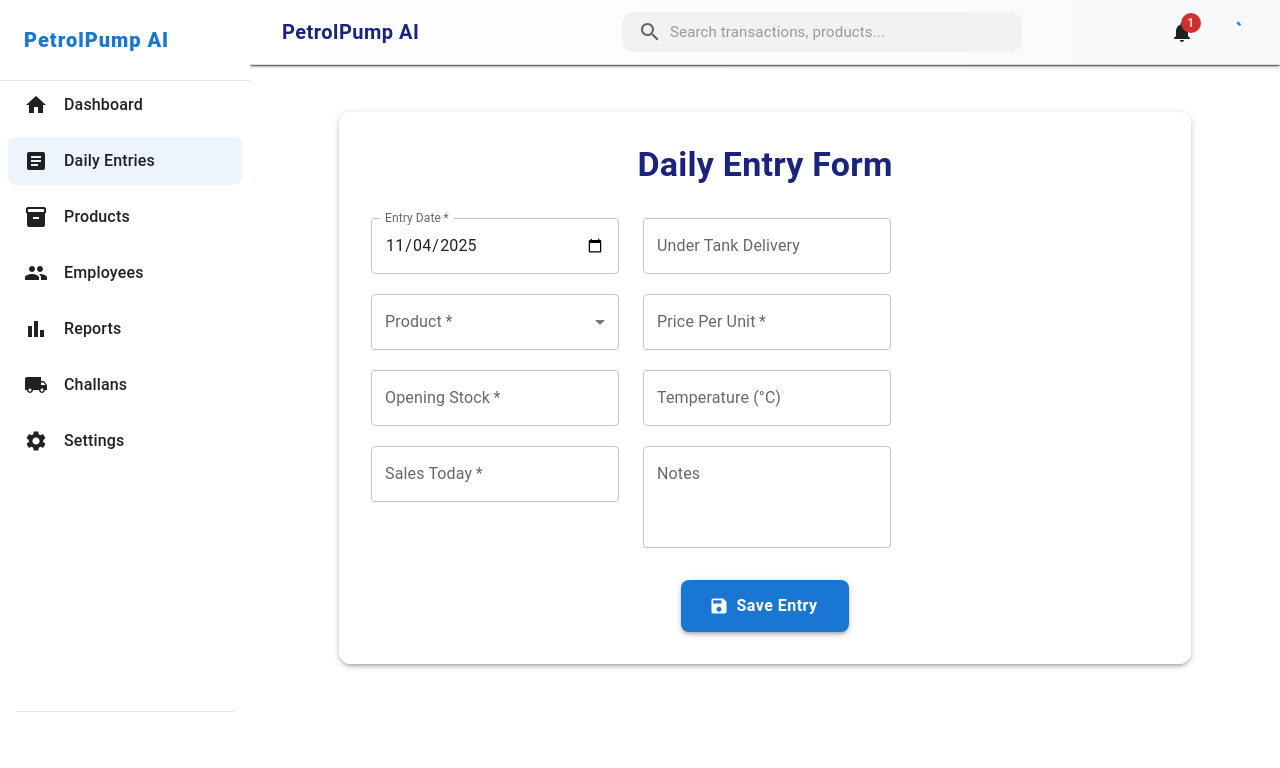
Repository: saquib0509/AI-Enabled-Retail-Management-
Page: /entries (app in frontend/)
An editor plug-in stored every save of this project. The page is shown before and after the next save, followed by the edit.
The browser window is 1280 px wide. The pictures show the whole page.
The page's requests for data from a server got no answer. The project was rebuilt for these pictures with package versions that can differ from the ones it lists, and the page was loaded fresh each time. No one was signed in, and anything a server would have sent is missing. Also part of the build but not shown: frontend/vite.config.ts, frontend/src/pages/Dashboard.tsx, frontend/src/components/EmployeeList.tsx, frontend/src/components/EmployeeForm.tsx, frontend/src/components/EmployeeAttendance.tsx, frontend/src/components/EmployeeSalary.tsx, frontend/src/pages/Employees.tsx, frontend/src/pages/Products.tsx and 10 more.

Above is the page before, as saved 2025-11-08 23:12:27.

### frontend/index.html
<!DOCTYPE html>
<html lang="en">
<head>
  <meta charset="UTF-8">
  <meta name="viewport" content="width=device-width, initial-scale=1.0">
  <title>Petrol Pump Management</title>
  <link rel="stylesheet" href="/src/styles.css">
</head>
<body>
  <div id="root"></div>
  <script type="module" src="/src/main.tsx"></script>
</body>
</html>

### frontend/src/styles.css
/* ===== Global CSS Variables (Design Tokens) ===== */
:root {
  --color-primary: #3763ff;
  --color-primary-hover: #2543c3;
  --color-primary-shadow: #e8f0fe;
  --color-accent: #13c39c;
  --color-bg: #f7f8fa;
  --color-bg-card: #fff;
  --color-bg-navbar: #fff;
  --color-border: #e5e7eb;
  --color-text: #1f2937;
  --color-text-soft: #6b7280;
  --color-text-inverse: #fff;
  --border-radius: 10px;
  --shadow-md: 0 2px 8px 0 rgba(16,30,54,0.06);
  --font-main: 'Inter', 'Segoe UI', Arial, sans-serif;
  --transition: 0.18s cubic-bezier(.4,0,.2,1);
}

@media (prefers-color-scheme: dark) {
  :root {
    --color-bg: #13141a;
    --color-bg-card: #181a20;
    --color-bg-navbar: #191a23;
    --color-primary-shadow: #122056;
    --color-border: #23263a;
    --color-text: #f6f7fa;
    --color-text-soft: #a3adc2;
  }
}

html {
  box-sizing: border-box;
  font-family: var(--font-main);
  font-size: 16px;
  -webkit-font-smoothing: antialiased;
  background: var(--color-bg);
  color: var(--color-text);
}
*, *:before, *:after {
  box-sizing: inherit;
}
body {
  background: var(--color-bg);
  color: var(--color-text);
  min-height: 100vh;
  margin: 0;
  line-height: 1.6;
  transition: background var(--transition), color var(--transition);
  font-size: 1rem;
}

/* Layout */
.container {
  width: 100%;
  max-width: 1200px;
  margin: 0 auto;
  padding: 0 20px;
}

/* Typography */
h1, h2, h3, h4, h5, h6 {
  margin-bottom: 1rem;
  line-height: 1.2;
}

h1 { font-size: 2.5rem; }
h2 { font-size: 2rem; }
h3 { font-size: 1.75rem; }
h4 { font-size: 1.5rem; }
h5 { font-size: 1.25rem; }
h6 { font-size: 1rem; }

p {
  margin-bottom: 1rem;
}

a {
  color: #1976d2;
  text-decoration: none;
}

a:hover {
  text-decoration: underline;
}

/* Buttons */
button, .btn {
  display: inline-block;
  background: #1976d2;
  color: white;
  border: none;
  padding: 0.5rem 1rem;
  border-radius: 4px;
  cursor: pointer;
  font-size: 1rem;
  transition: background-color 0.3s;
}

button:hover, .btn:hover {
  background: #1565c0;
}

/* Forms */
input, select, textarea {
  width: 100%;
  padding: 0.5rem;
  margin-bottom: 1rem;
  border: 1px solid #ddd;
  border-radius: 4px;
  font-size: 1rem;
}

label {
  display: block;
  margin-bottom: 0.5rem;
  font-weight: 500;
}

/* Utility classes */
.mt-1 { margin-top: 0.5rem; }
.mt-2 { margin-top: 1rem; }
.mt-3 { margin-top: 1.5rem; }
.mt-4 { margin-top: 2rem; }

.mb-1 { margin-bottom: 0.5rem; }
.mb-2 { margin-bottom: 1rem; }
.mb-3 { margin-bottom: 1.5rem; }
.mb-4 { margin-bottom: 2rem; }

.text-center { text-align: center; }
.text-right { text-align: right; }

/* Responsive */
@media (max-width: 768px) {
  .container {
    padding: 0 15px;
  }

  h1 { font-size: 2rem; }
  h2 { font-size: 1.75rem; }
  h3 { font-size: 1.5rem; }
}

/* Utility classes */
.responsive-grid {
  display: grid;
  gap: 1.4rem;
  grid-template-columns: 1fr;
}
@media (min-width: 600px) {
  .responsive-grid {
    grid-template-columns: 1fr 1fr;
  }
}
@media (min-width: 980px) {
  .responsive-grid {
    grid-template-columns: 1fr 1fr 1fr;
  }
}

/* Modern Card Form Styles */
.modern-card-form {
  background: var(--color-bg-card);
  box-shadow: var(--shadow-md);
  border-radius: var(--border-radius);
  padding: 2rem 2rem 1.7rem 2rem;
  display: flex;
  flex-direction: column;
  gap: 1.2rem;
  width: 100%;
  max-width: 380px;
  margin: 1.7rem auto 0 auto;
  border: 1px solid var(--color-border);
}
.modern-card-form label {
  text-align: left;
  font-size: 1rem;
  font-weight: 500;
  color: var(--color-text);
  letter-spacing: 0.01em;
}
.modern-card-form input,
.modern-card-form select,
.modern-card-form textarea {
  margin-top: 0.32rem;
  padding: 0.55rem 0.8rem;
  border: 1px solid var(--color-border);
  border-radius: var(--border-radius);
  background: var(--color-bg);
  color: var(--color-text);
  font-size: 1rem;
  transition: border-color var(--transition), background var(--transition), color var(--transition);
}
.modern-card-form input:focus,
.modern-card-form select:focus,
.modern-card-form textarea:focus {
  border-color: var(--color-primary);
  outline: none;
  background: var(--color-primary-shadow);
}
.modern-card-form button[type=submit] {
  margin-top: 0.66rem;
}

### frontend/src/main.tsx
import { StrictMode } from 'react';
import { createRoot } from 'react-dom/client';
import { BrowserRouter } from 'react-router-dom';
import { AppProvider } from './context/AppContext';
import App from './App';
import './styles.css';

// Initialize the application
const container = document.getElementById('root');

if (!container) {
  throw new Error("Failed to find the root element");
}

const root = createRoot(container);

root.render(
  <StrictMode>
    <BrowserRouter>
      <AppProvider>
        <App />
      </AppProvider>
    </BrowserRouter>
  </StrictMode>
);

### frontend/src/App.tsx
import { Routes, Route } from 'react-router-dom';
import Layout from './components/layout/Layout';
import Dashboard from './pages/Dashboard';
import DailyEntryForm from './components/DailyEntryForm';
import Employees from "./pages/Employees";
import Products from "./pages/Products";
import Settings from "./pages/Settings";
import Challans from "./pages/Challans";
import Reports from "./pages/Reports";



const App = () => {
  return (
    <div className="app-container">
      <Routes>
        <Route path="/" element={<Layout />}>
          <Route index element={<Dashboard />} />
          <Route path="entries" element={<DailyEntryForm />} />
          <Route path="products" element={<Products />} />
          <Route path="employees" element={<Employees />} />
          <Route path="reports" element={<Reports />} />
          <Route path="settings" element={<Settings />} />
          <Route path="challans" element={<Challans />} />
        </Route>
      </Routes>
    </div>
  );
};

export default App;

### frontend/src/components/layout/Layout.tsx
import { useState } from 'react';
import { Outlet } from 'react-router-dom';
import { Box, CssBaseline, AppBar, Toolbar, useTheme, useMediaQuery } from '@mui/material';
import Sidebar from './Sidebar';
import Navbar from './Navbar';

const drawerWidth = 250;

export default function Layout() {
  const [mobileOpen, setMobileOpen] = useState(false);
  const theme = useTheme();
  const isDesktop = useMediaQuery(theme.breakpoints.up('md'));

  const handleDrawerToggle = () => {
    setMobileOpen(!mobileOpen);
  };

  return (
    <Box sx={{ display: 'flex', minHeight: '100vh', bgcolor: 'background.default', color: 'text.primary' }}>
      <CssBaseline />
      {/* AppBar */}
      <AppBar
        position="fixed"
        sx={{
          width: { md: `calc(100% - ${drawerWidth}px)` },
          ml: { md: `${drawerWidth}px` },
          bgcolor: 'background.paper',
          color: 'text.primary',
          boxShadow: 2
        }}
        elevation={isDesktop ? 1 : 4}
      >
        <Toolbar variant="dense" disableGutters>
          <Navbar onMenuClick={handleDrawerToggle} />
        </Toolbar>
      </AppBar>
      {/* Drawer/Sidebar */}
      <Sidebar
        variant={isDesktop ? 'permanent' : 'temporary'}
        open={isDesktop ? true : mobileOpen}
        onClose={handleDrawerToggle}
        drawerWidth={drawerWidth}
      />
      {/* Main Content */}
      <Box
        component="main"
        sx={{
          flexGrow: 1,
          p: { xs: 2, sm: 3, md: 4 },
          width: { xs: '100%', md: `calc(100% - ${drawerWidth}px)` },
          mt: 6,
          minHeight: '100vh',
        }}
      >
        <Outlet />
      </Box>
    </Box>
  );
}

### frontend/src/components/DailyEntryForm.tsx
import React, { useState, useEffect, ChangeEvent, FormEvent } from "react";
import {
  Box,
  TextField,
  Select,
  MenuItem,
  Button,
  Typography,
  Paper,
  InputLabel,
  FormControl,
  Grid,
  Container,
} from "@mui/material";
import SaveIcon from "@mui/icons-material/Save";
import api from "../services/api";

interface Product {
  id: number;
  name: string;
  unit: string;
}

interface DailyEntryData {
  entryDate: string;
  productId: number | "";
  openingStock: number | "";
  salesToday: number | "";
  underTankDelivery: number | "";
  pricePerUnit: number | "";
  temperature: number | "";
  notes: string;
}

const DailyEntryForm: React.FC = () => {
  const [products, setProducts] = useState<Product[]>([]);
  const [loading, setLoading] = useState(false);
  const [formData, setFormData] = useState<DailyEntryData>({
    entryDate: new Date().toISOString().slice(0, 10),
    productId: "",
    openingStock: "",
    salesToday: "",
    underTankDelivery: "",
    pricePerUnit: "",
    temperature: "",
    notes: "",
  });

  useEffect(() => {
    api
      .get<Product[]>("/products")
      .then((res) => setProducts(res.data))
      .catch(() => alert("Could not fetch products"));
  }, []);

  const handleChange = (
    e: ChangeEvent<HTMLInputElement | HTMLTextAreaElement | { name?: string; value: unknown }>
  ) => {
    const { name, value } = e.target;
    if (!name) return;
    setFormData((prev) => ({
      ...prev,
      [name]:
        name === "productId" && value !== ""
          ? Number(value)
          : ["openingStock", "salesToday", "underTankDelivery", "pricePerUnit", "temperature"].includes(name) &&
            value !== ""
          ? Number(value)
          : value,
    }));
  };

  const handleSubmit = (e: FormEvent) => {
    e.preventDefault();
    setLoading(true);
    api
      .post("/daily-entries", formData)
      .then(() => {
        alert("✓ Entry saved successfully!");
        setFormData({
          entryDate: new Date().toISOString().slice(0, 10),
          productId: "",
          openingStock: "",
          salesToday: "",
          underTankDelivery: "",
          pricePerUnit: "",
          temperature: "",
          notes: "",
        });
      })
      .catch((err) =>
        alert("Failed: " + (err.response?.data?.error || err.message))
      )
      .finally(() => setLoading(false));
  };

  return (
    <Container maxWidth="md" sx={{ py: 4 }}>
      <Paper
        elevation={3}
        sx={{
          p: 4,
          borderRadius: 3,
          background: "linear-gradient(135deg,rgb(255, 255, 255) 0%,rgb(255, 255, 255) 100%)",
        }}
      >
        <Typography
          variant="h4"
          align="center"
          gutterBottom
          sx={{ fontWeight: 700, color: "#1a237e", mb: 4 }}
        >
          Daily Entry Form
        </Typography>

        <Box
          component="form"
          onSubmit={handleSubmit}
        >
          {/* Grid Layout - 2 Columns */}
          <Grid container spacing={3}>
            {/* Column 1 - Left Side */}
            <Grid item xs={12} sm={6}>
              <Box sx={{ display: "flex", flexDirection: "column", gap: 2.5 }}>
                {/* Entry Date */}
                <TextField
                  fullWidth
                  label="Entry Date"
                  type="date"
                  name="entryDate"
                  value={formData.entryDate}
                  onChange={handleChange}
                  InputLabelProps={{ shrink: true }}
                  required
                  variant="outlined"
                />

                {/* Product */}
                <FormControl fullWidth required>
                  <InputLabel>Product</InputLabel>
                  <Select
                    name="productId"
                    value={formData.productId}
                    label="Product"
                    onChange={handleChange}
                  >
                    <MenuItem value="">Select Product</MenuItem>
                    {products.map((p) => (
                      <MenuItem key={p.id} value={p.id}>
                        {p.name} ({p.unit})
                      </MenuItem>
                    ))}
                  </Select>
                </FormControl>

                {/* Opening Stock */}
                <TextField
                  fullWidth
                  label="Opening Stock"
                  name="openingStock"
                  type="number"
                  value={formData.openingStock}
                  onChange={handleChange}
                  required
                  variant="outlined"
                />

                {/* Sales Today */}
                <TextField
                  fullWidth
                  label="Sales Today"
                  name="salesToday"
                  type="number"
                  value={formData.salesToday}
                  onChange={handleChange}
                  required
                  variant="outlined"
                />
              </Box>
            </Grid>

            {/* Column 2 - Right Side */}
            <Grid item xs={12} sm={6}>
              <Box sx={{ display: "flex", flexDirection: "column", gap: 2.5 }}>
                {/* Under Tank Delivery */}
                <TextField
                  fullWidth
                  label="Under Tank Delivery"
                  name="underTankDelivery"
                  type="number"
                  value={formData.underTankDelivery}
                  onChange={handleChange}
                  variant="outlined"
                />

                {/* Price Per Unit */}
                <TextField
                  fullWidth
                  label="Price Per Unit"
                  name="pricePerUnit"
                  type="number"
                  value={formData.pricePerUnit}
                  onChange={handleChange}
                  required
                  variant="outlined"
                />

                {/* Temperature */}
                <TextField
                  fullWidth
                  label="Temperature (°C)"
                  name="temperature"
                  type="number"
                  value={formData.temperature}
                  onChange={handleChange}
                  variant="outlined"
                />

                {/* Notes */}
                <TextField
                  fullWidth
                  label="Notes"
                  name="notes"
                  multiline
                  rows={3}
                  value={formData.notes}
                  onChange={handleChange}
                  variant="outlined"
                  placeholder="Add any additional notes..."
                />
              </Box>
            </Grid>
          </Grid>

          {/* Submit Button */}
          <Box sx={{ display: "flex", justifyContent: "center", mt: 4 }}>
            <Button
              type="submit"
              variant="contained"
              color="primary"
              startIcon={<SaveIcon />}
              disabled={loading}
              sx={{
                px: 4,
                py: 1.5,
                fontWeight: 600,
                borderRadius: 2,
                textTransform: "none",
                fontSize: "1rem",
                boxShadow: 3,
                "&:hover": {
                  boxShadow: 6,
                },
              }}
            >
              {loading ? "Saving..." : " Save Entry"}
            </Button>
          </Box>
        </Box>
      </Paper>
    </Container>
  );
};

export default DailyEntryForm;

### frontend/src/components/layout/Sidebar.tsx
import { useState, useEffect } from 'react';
import {
  Drawer, Toolbar, Box, Typography, List, ListItemButton, ListItemIcon, ListItemText,
  Avatar, Divider, Paper, Stack, CircularProgress
} from '@mui/material';
import HomeIcon from '@mui/icons-material/Home';
import ArticleIcon from '@mui/icons-material/Article';
import InventoryIcon from '@mui/icons-material/Inventory2';
import BarChartIcon from '@mui/icons-material/BarChart';
import SettingsIcon from '@mui/icons-material/Settings';
import PeopleIcon from '@mui/icons-material/People';
import LocalShippingIcon from '@mui/icons-material/LocalShipping';
import { Link, useLocation } from 'react-router-dom';
import type { DrawerProps } from '@mui/material';
import api from '../../services/api';

interface BusinessSettings {
  companyName: string;
  ownerName: string;
  businessAddress: string;
  gstNumber: string;
}

const navigation = [
  { name: 'Dashboard', href: '/', icon: <HomeIcon /> },
  { name: 'Daily Entries', href: '/entries', icon: <ArticleIcon /> },
  { name: 'Products', href: '/products', icon: <InventoryIcon /> },
  { name: 'Employees', href: '/employees', icon: <PeopleIcon /> },
  { name: 'Reports', href: '/reports', icon: <BarChartIcon /> },
  { name: 'Challans', href: '/challans', icon: <LocalShippingIcon /> },
  { name: 'Settings', href: '/settings', icon: <SettingsIcon /> },
];

type SidebarProps = {
  variant: DrawerProps['variant'];
  open: boolean;
  onClose: () => void;
  drawerWidth?: number;
};

const Sidebar = ({ variant, open, onClose, drawerWidth }: SidebarProps) => {
  const location = useLocation();
  const [settings, setSettings] = useState<BusinessSettings | null>(null);
  const [loading, setLoading] = useState(true);

  useEffect(() => {
    fetchSettings();
    const interval = setInterval(fetchSettings, 10000); // Refresh every 10s
    return () => clearInterval(interval);
  }, []);

  const fetchSettings = async () => {
    try {
      const res = await api.get('/settings');
      setSettings(res.data);
    } catch (error) {
      console.log('Settings not loaded');
    } finally {
      setLoading(false);
    }
  };

  const drawerContent = (
    <Box sx={{ height: '100%', display: 'flex', flexDirection: 'column' }}>
      {/* Brand/Logo */}
      <Toolbar sx={{ px: 3, py: 3 }}>
        <Typography variant="h6" fontWeight={800} color="primary" sx={{ letterSpacing: 1 }}>
          PetrolPump AI
        </Typography>
      </Toolbar>
      <Divider />



      {/* Navigation */}
      <List sx={{ flex: 1, py: 0 }}>
        {navigation.map((item) => (
          <ListItemButton
            key={item.name}
            component={Link}
            to={item.href}
            selected={location.pathname === item.href}
            sx={{ borderRadius: 2, mx: 1, mb: 1 }}
          >
            <ListItemIcon sx={{ minWidth: 40, color: 'inherit' }}>
              {item.icon}
            </ListItemIcon>
            <ListItemText primary={item.name} sx={{ '& .MuiTypography-root': { fontWeight: 500 } }} />
          </ListItemButton>
        ))}
      </List>

      <Box sx={{ mb: 1, mt: 1, px: 2 }}>
        <Divider />
      </Box>

      {/* User Info */}
      {!loading && settings && (
        <Box sx={{ display: 'flex', alignItems: 'center', p: 2, pb: 3 }}>
          <Avatar
            alt={settings.companyName}
            sx={{
              width: 40,
              height: 40,
              mr: 1.5,
              bgcolor: '#667eea',
              fontWeight: 'bold',
            }}
          >
            {settings.companyName?.charAt(0) || 'A'}
          </Avatar>
          <Box>
            <Typography fontWeight={600} fontSize={15}>
              {settings.companyName || 'Admin'}
            </Typography>
            <Typography color="text.secondary" fontSize={13} noWrap width={130}>
              {settings.businessAddress?.slice(0, 20) || 'Business'}
            </Typography>
          </Box>
        </Box>
      )}
    </Box>
  );

  return (
    <Drawer
      variant={variant}
      open={open}
      onClose={onClose}
      sx={{
        width: drawerWidth,
        flexShrink: 0,
        '& .MuiDrawer-paper': {
          width: drawerWidth,
          boxSizing: 'border-box',
          bgcolor: 'background.paper',
          borderRight: 0,
          pb: 0,
          pt: 0,
        },
      }}
      ModalProps={{ keepMounted: true }}
    >
      {drawerContent}
    </Drawer>
  );
};

export default Sidebar;

### frontend/src/services/api.ts
import axios from "axios";

const api = axios.create({
  baseURL: "http://localhost:8080/api",
  headers: {
    'Content-Type': 'application/json',
  },
});

export default api;

Loaded but not shown: frontend/src/context/AppContext.tsx (287 lines, source omitted); frontend/src/components/layout/Navbar.tsx (229 lines, source omitted)

After the next save:
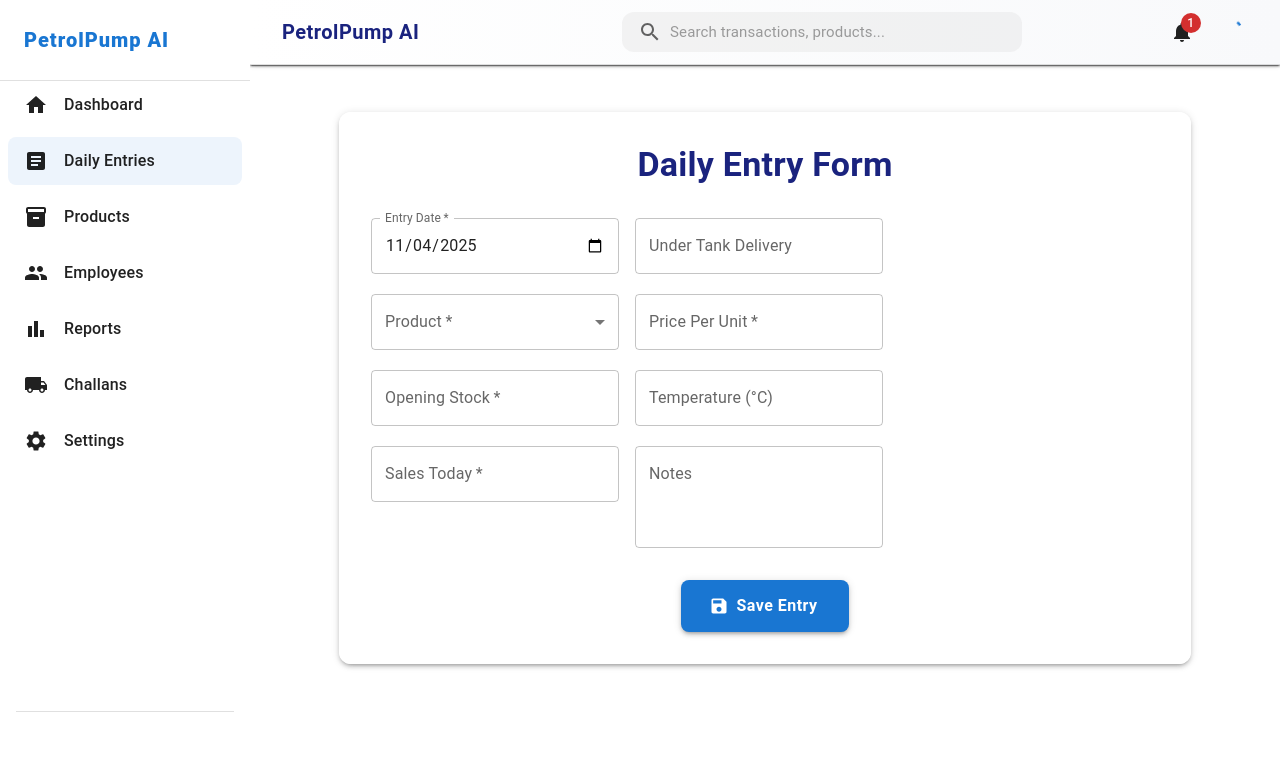
Saved 23 s later.
--- a/frontend/src/components/DailyEntryForm.tsx
+++ b/frontend/src/components/DailyEntryForm.tsx
@@ -118,7 +118,7 @@ const DailyEntryForm: React.FC = () => {
           onSubmit={handleSubmit}
         >
           {/* Grid Layout - 2 Columns */}
-          <Grid container spacing={3}>
+          <Grid container spacing={2}>
             {/* Column 1 - Left Side */}
             <Grid item xs={12} sm={6}>
               <Box sx={{ display: "flex", flexDirection: "column", gap: 2.5 }}>
